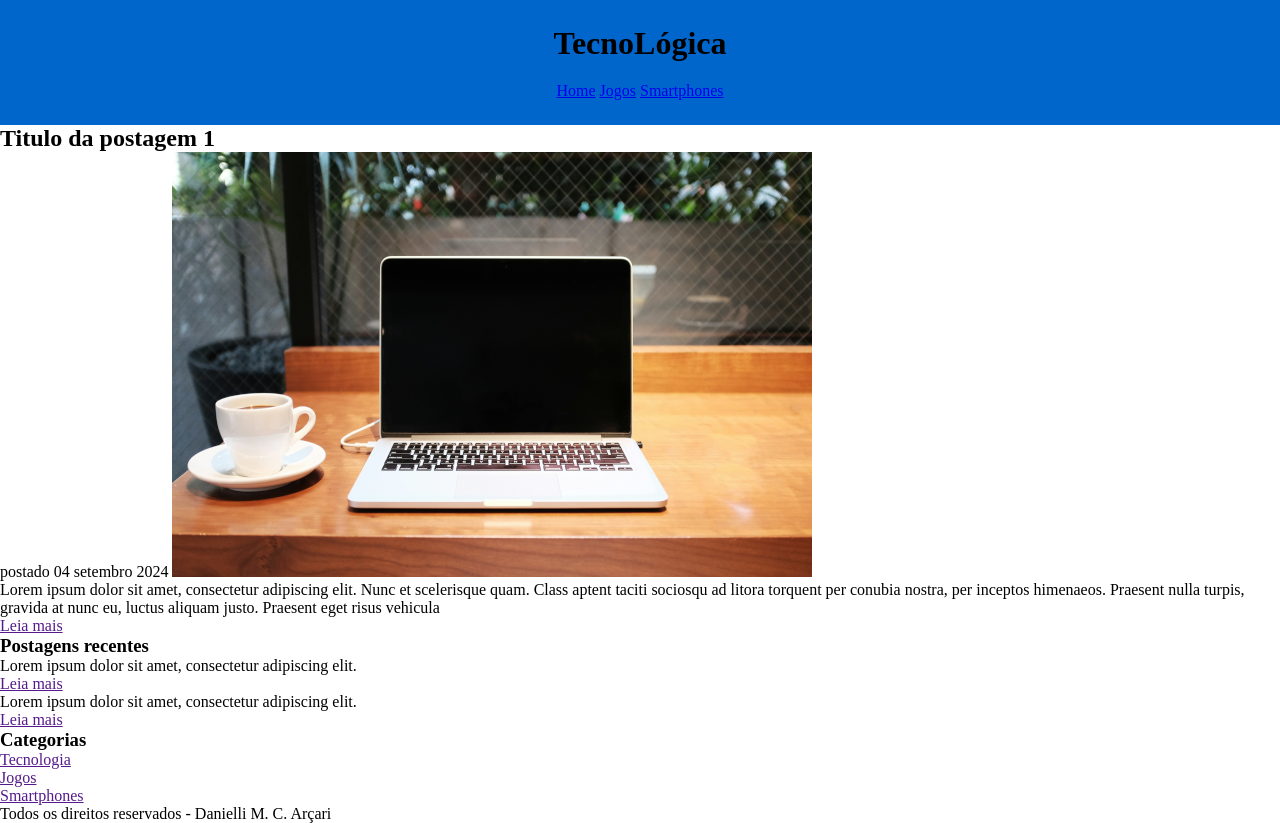
Repository: danielli-arcari/blog-html-css
Page: index.html
An editor plug-in stored every save of this project. The page is shown before and after the next save, followed by the edit.
The browser window is 1280 px wide. The pictures show the whole page.

Above is the page before, as saved 2026-03-10 16:13:03.

### index.html
<!DOCTYPE html>
<html lang="pt-br">

<head>
    <meta charset="UTF-8">
    <meta name="viewport" content="width=device-width, initial-scale=1.0">
    <title>TecnoLógica - Tudo sobre tecnologia</title>

    <link rel="stylesheet" href="css/style.css">
</head>

<body>

    <div id="header">

        <div id="logo">
            <h1>Tecno<span class="white">Lógica</span></h1>
        </div>

        <div id="menu">
            <a href="index.html">Home</a>
            <a href="jogos.html">Jogos</a>
            <a href="smartphones.html">Smartphones</a>
        </div>

    </div>

    <div id="content">

        <div id="posts">

            <!-- abertura postagem -->
            <div class="post">
                <h2>Titulo da postagem 1</h2>
                <span class="data-post">postado 04 setembro 2024</span>
                <img class="img-post" src="imagens/tecnologia01.png">
                <p>
                    Lorem ipsum dolor sit amet, consectetur adipiscing elit. Nunc et scelerisque quam. Class aptent taciti sociosqu ad litora torquent per conubia nostra, per inceptos himenaeos. Praesent nulla turpis, gravida at nunc eu, luctus aliquam justo. Praesent eget risus vehicula
                </p>
                <a href="">Leia mais</a>
            </div>
            <!--fechamento postagem -->

        </div>

        <div id="right-side">

            <div class="content-right">
                <h3>Postagens recentes</h3>

                <div class="post-right">
                    <p>Lorem ipsum dolor sit amet, consectetur adipiscing elit.</p>
                    <a href="">Leia mais</a>
                </div>

                <div class="post-right" style="border-bottom: none;">
                    <p>Lorem ipsum dolor sit amet, consectetur adipiscing elit.</p>
                    <a href="">Leia mais</a>
                </div>

            </div>

            <div class="content-right">
                <h3>Categorias</h3>

                <a href="">Tecnologia</a><br>
                <a href="">Jogos</a><br>
                <a href="">Smartphones</a><br>

            </div>

        </div>

        <div id="footer">
            Todos os direitos reservados - Danielli M. C. Arçari
        </div>

    </div>
</body>

</html>

### css/style.css
/*
***limpar formatações***
*/
*{
    margin: 0;
    padding: 0;
}
/*
***header***
*/
#header{
    background-color: #0066CC;
    padding: 15px;
    text-align: center;
}
/*
***agrupando os IDs logo e menu***
*/
#logo, #menu{
    padding: 10px;
}

After the next save:
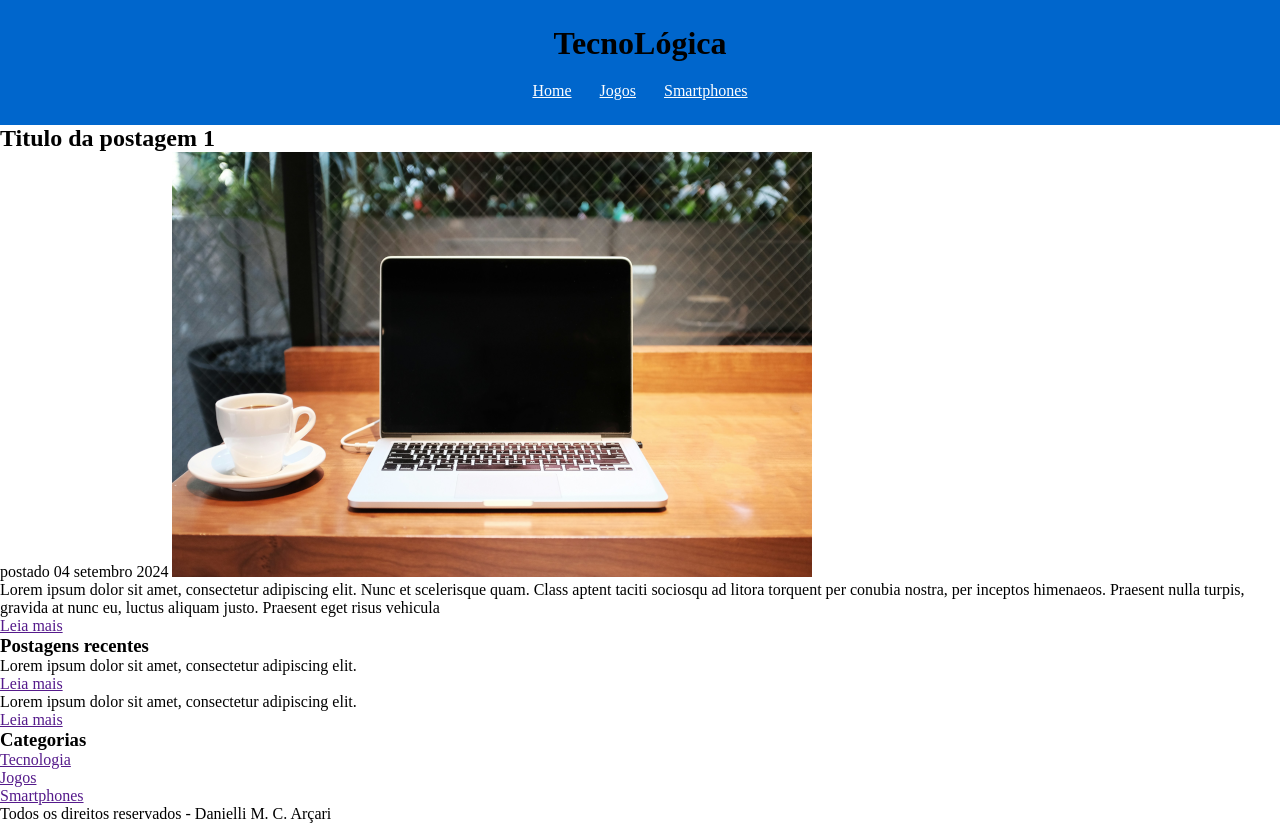
Saved 4 min 21 s later.
--- a/css/style.css
+++ b/css/style.css
@@ -13,9 +13,12 @@
     padding: 15px;
     text-align: center;
 }
-/*
-***agrupando os IDs logo e menu***
-*/
+
 #logo, #menu{
     padding: 10px;
 }
+
+#header a:link, #header a:visited{
+    color: #FFFFFF;
+    padding: 8px 12px;
+}
